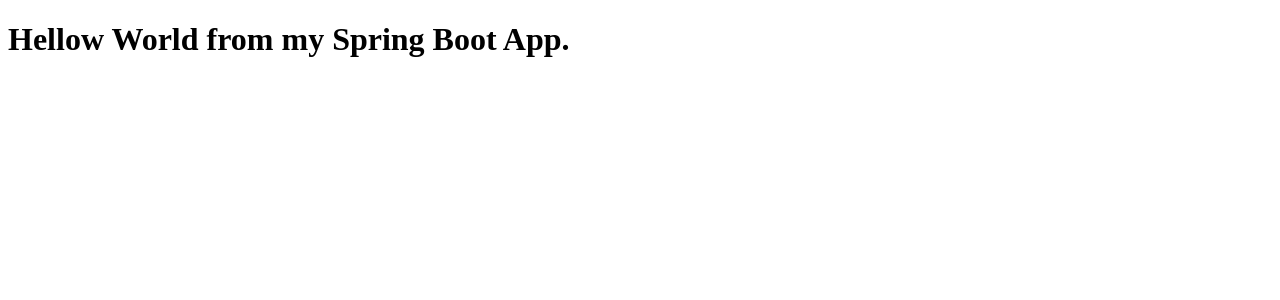
Repository: DanLouis4/CST-GCU-323
Page: cloud-app/src/main/resources/static/index.html
An editor plug-in stored every save of this project. The page is shown before and after the next save, followed by the edit.
The browser window is 1280 px wide. The pictures show the whole page.

Above is the page before, as saved 2026-03-06 00:34:57.

After the next save:
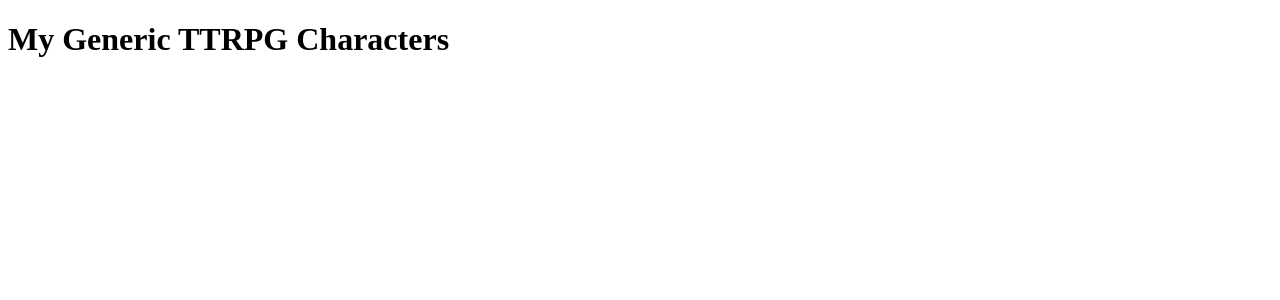
Saved 3 min 25 s later.
--- a/cloud-app/src/main/resources/static/index.html
+++ b/cloud-app/src/main/resources/static/index.html
@@ -2,10 +2,10 @@
 <html>
 	<head>
 		<meta charset="UTF-8">
-		<title>Hello World</title>
+		<title>Cloud App - My Characters</title>
 	</head>
 
 	<body>
-		<h1>Hellow World from my Spring Boot App.</h1>
+		<h1>My Generic TTRPG Characters</h1>
 	</body>
 </html>
